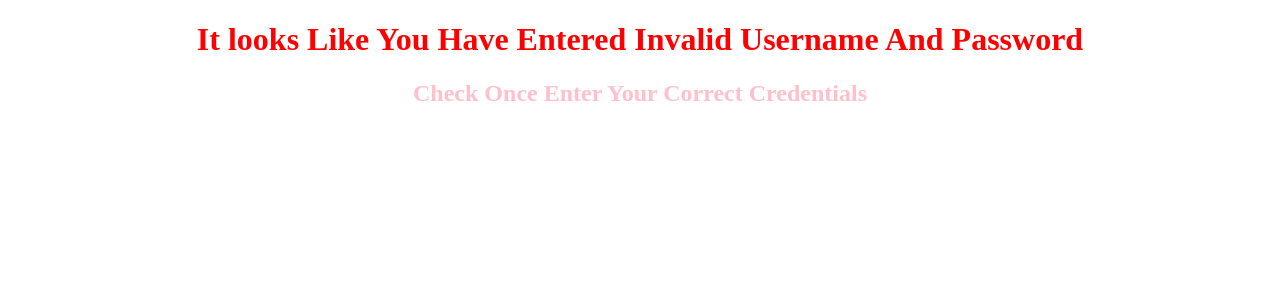
Repository: babududekula/Spring-Course-4.X-Version
Page: http://localhost/Spring_Web_MVC_-_Spring_security/loginfailed
The author's editor kept a copy of each file at every save. The page is drawn from the files as they stood at one save, then again after the next save.
The browser window is 1280 px wide. The pictures show the whole page.
The page is served by Tomcat 9. Other server files are loaded and not shown.

Above is the page before, as saved 2023-01-03 18:19:16.

### Spring Web MVC/Spring Web MVC - Spring security/src/main/webapp/WEB-INF/loginfailure.jsp
<%@ page language="java" contentType="text/html; charset=ISO-8859-1"
    pageEncoding="ISO-8859-1"%>
<!DOCTYPE html>
<html>
<head>
<meta charset="ISO-8859-1">
<title>Insert title here</title>
</head>
<body>
<h1 align="center" style="color:red;">It looks Like You Have Entered Invalid Username And Password</h1>
<h2 align="center" style="color:pink;">Check Once Enter Your Correct Credentials</h2>
</body>
</html>

After the next save:
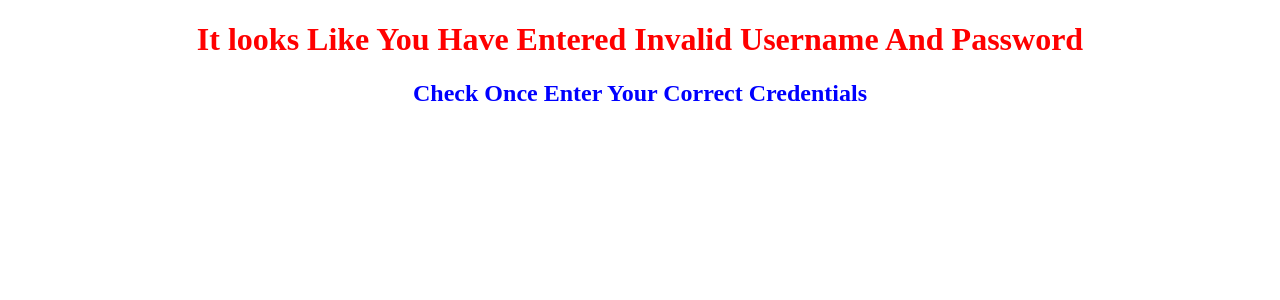
Saved 109 s later.
--- a/Spring Web MVC/Spring Web MVC - Spring security/src/main/webapp/WEB-INF/loginfailure.jsp
+++ b/Spring Web MVC/Spring Web MVC - Spring security/src/main/webapp/WEB-INF/loginfailure.jsp
@@ -8,6 +8,6 @@
 </head>
 <body>
 <h1 align="center" style="color:red;">It looks Like You Have Entered Invalid Username And Password</h1>
-<h2 align="center" style="color:pink;">Check Once Enter Your Correct Credentials</h2>
+<h2 align="center" style="color:blue;">Check Once Enter Your Correct Credentials</h2>
 </body>
 </html>
